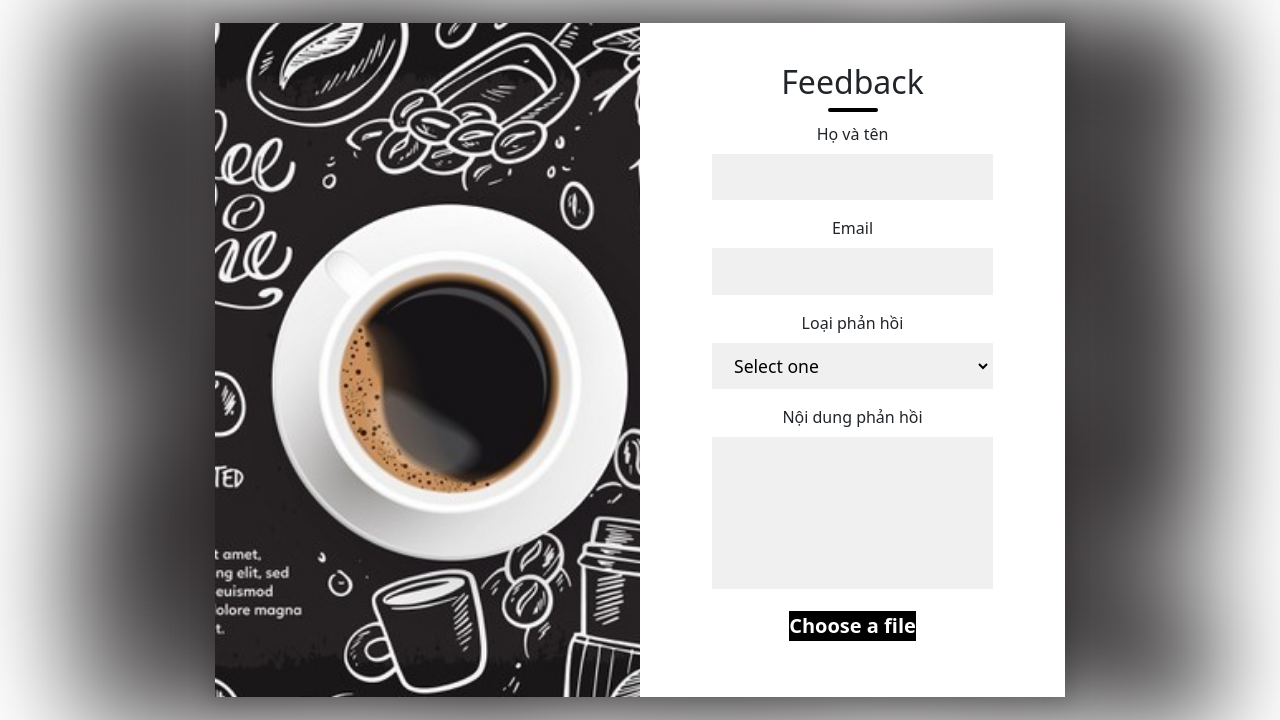
Repository: LeDongGyC/html-css
Page: HTML CSS/prototype/index.html
The author's editor kept a copy of each file at every save. The page is drawn from the files as they stood at one save, then again after a run of saves.
The browser window is 1280 px wide. The pictures show the whole page.
The style sheet was rebuilt from its Sass, Less or Tailwind sources for each picture, by a compiler version that may differ from the author's.

Above is the page before, as saved 2023-05-24 10:21:55.

### HTML CSS/prototype/index.html
<!doctype html>
<html lang="en">

<head>
  <title>Title</title>
  <!-- Required meta tags -->
  <meta charset="utf-8">
  <meta name="viewport" content="width=device-width, initial-scale=1, shrink-to-fit=no">
  <link rel="stylesheet" href="style.css">
  <link rel="stylesheet" href="reset.css">
  <!-- <script src="index.js"></script> Bootstrap CSS v5.2.1 -->
  <script>
    var inputs = document.querySelectorAll('.inputfile');
    Array.prototype.forEach.call(inputs, function (input) {
      var label = input.nextElementSibling,
        labelVal = label.innerHTML;
      input.addEventListener('change', function (e) {
        var fileName = '';
        if (this.files && this.files.length > 1)
          fileName = (this.getAttribute('data-multiple-caption') || '').replace('{count}', this.files.length);
        else
          fileName = e.target.value.split('\\').pop();

        if (fileName)
          label.querySelector('span').innerHTML = fileName;
        else
          label.innerHTML = labelVal;
      });
    });
  </script>
  <link href="https://cdn.jsdelivr.net/npm/bootstrap@5.2.1/dist/css/bootstrap.min.css" rel="stylesheet"
    integrity="sha384-iYQeCzEYFbKjA/T2uDLTpkwGzCiq6soy8tYaI1GyVh/UjpbCx/TYkiZhlZB6+fzT" crossorigin="anonymous">

</head>

<body>
  <div class="container">
    <div class="feedback-box">
      <div class="feedback-box_left"></div>
      <div class="feedback-box_right">
        <h2 class="feedback-box_right-title">Feedback</h2>
        <div class="mb-3">
          <label for="name" class="form-label">Họ và tên</label>
          <input type="text" class=" feedback-box_right-item" name="" id="name" aria-describedby="helpId"
            placeholder="">
        </div>
        <div class="mb-3">
          <label for="email" class="form-label">Email</label>
          <input type="text" class=" feedback-box_right-item" name="" id="email" aria-describedby="helpId"
            placeholder="">
        </div>
        <div class="mb-3">
          <label for="" class="form-label">Loại phản hồi</label>
          <select class="feedback-box_right-item " name="" id="">
            <option selected>Select one</option>
            <option value="" class="feedback-box_right-item-selected">Option 1</option>
            <option value="" class="feedback-box_right-item-selected">Option 2</option>
            <option value="" class="feedback-box_right-item-selected">Option 3</option>
          </select>
        </div>
        <div class="mb-3">
          <label for="feedback" class="form-label">Nội dung phản hồi</label>
          <textarea type="" class=" feedback-box_right-item" name="" id="feedback" aria-describedby="helpId"
            placeholder="" rows="5"></textarea>
        </div>
        <div class="mb-3">
          <input type="file" name="file" id="file" class="inputfile" data-multiple-caption="{count} files selected"
            multiple />
          <label for="file">Choose a file</label>
        </div>
      </div>
    </div>
  </div>
  <!-- Bootstrap JavaScript Libraries -->
  <!-- <script src="https://cdn.jsdelivr.net/npm/@popperjs/core@2.11.6/dist/umd/popper.min.js"
    integrity="sha384-oBqDVmMz9ATKxIep9tiCxS/Z9fNfEXiDAYTujMAeBAsjFuCZSmKbSSUnQlmh/jp3" crossorigin="anonymous">
    </script>

  <script src="https://cdn.jsdelivr.net/npm/bootstrap@5.2.1/dist/js/bootstrap.min.js"
    integrity="sha384-7VPbUDkoPSGFnVtYi0QogXtr74QeVeeIs99Qfg5YCF+TidwNdjvaKZX19NZ/e6oz" crossorigin="anonymous">
    </script> -->
</body>

</html>

### HTML CSS/prototype/style.scss
* {
  box-sizing: border-box;
}
html {
  font-size: 62.5%;
}
body {
  font-size: 1.6rem;
  font-family: "Arial", sans-serif;
  font-weight: normal;
  height: 100vh;
  width: 100%;
}
.container {
  position: relative;
  width: 100%;
  height: 100%;
  display: flex;
  justify-content: center;
  align-items: center;
  padding: 2rem 10rem;
  &::after {
    content: "";
    position: absolute;
    width: 100%;
    height: 100%;
    left: 0;
    top: 0;
    background: url("cafe.jpg") no-repeat center;
    background-size: cover;
    filter: blur(50px);
    z-index: -1;
  }
}
.feedback-box {
  max-width: 850px;
  display: grid;
  grid-template-columns: repeat(2, 1fr);
  justify-content: center;
  align-items: center;
  text-align: center;
  background-color: #fff;
  box-shadow: 0px 0px 19px 5px rgba(0, 0, 0, 0.19);
  &_left {
    background: url("cafe.jpg") no-repeat center;
    display: block;
    background-size: cover;
    // object-fit: cover;
    height: 100%;
  }
  &_right {
    padding: 2.5rem 4.5rem;
    &-title {
      position: relative;
      padding: 0 0 10px;
      margin-bottom: 10px;
      &::after {
        content: "";
        position: absolute;
        left: 50%;
        bottom: 0;
        transform: translateX(-50%);
        height: 4px;
        width: 50px;
        border-radius: 2px;
        background-color: black;
      }
    }
    &-item {
      width: 100%;
      border: 2px solid rgba(0, 0, 0, 0);
      outline: none;
      background-color: rgba(230, 230, 230, 0.6);
      padding: 0.5rem 1rem;
      font-size: 1.1rem;
      //   margin-bottom: 22px;
      transition: 0.3s;
      &:hover {
        background-color: rgba(0, 0, 0, 0.1);
      }
      &:focus {
        border: 2px solid rgba(30, 85, 250, 0.47);
        background-color: #fff;
      }
      &:last-child {
        resize: none;
      }
    }
  }
}
.inputfile {
	width: 0.1px;
	height: 0.1px;
	opacity: 0;
	overflow: hidden;
	position: absolute;
	z-index: -1;
}
.inputfile + label {
    font-size: 1.25em;
    font-weight: 700;
    color: white;
    background-color: black;
    display: inline-block;
    cursor: pointer;
}

.inputfile:focus + label,
.inputfile + label:hover {
    background-color: red;
}

Loaded but not shown: HTML CSS/prototype/reset.css (common file)

After the next 2 saves:
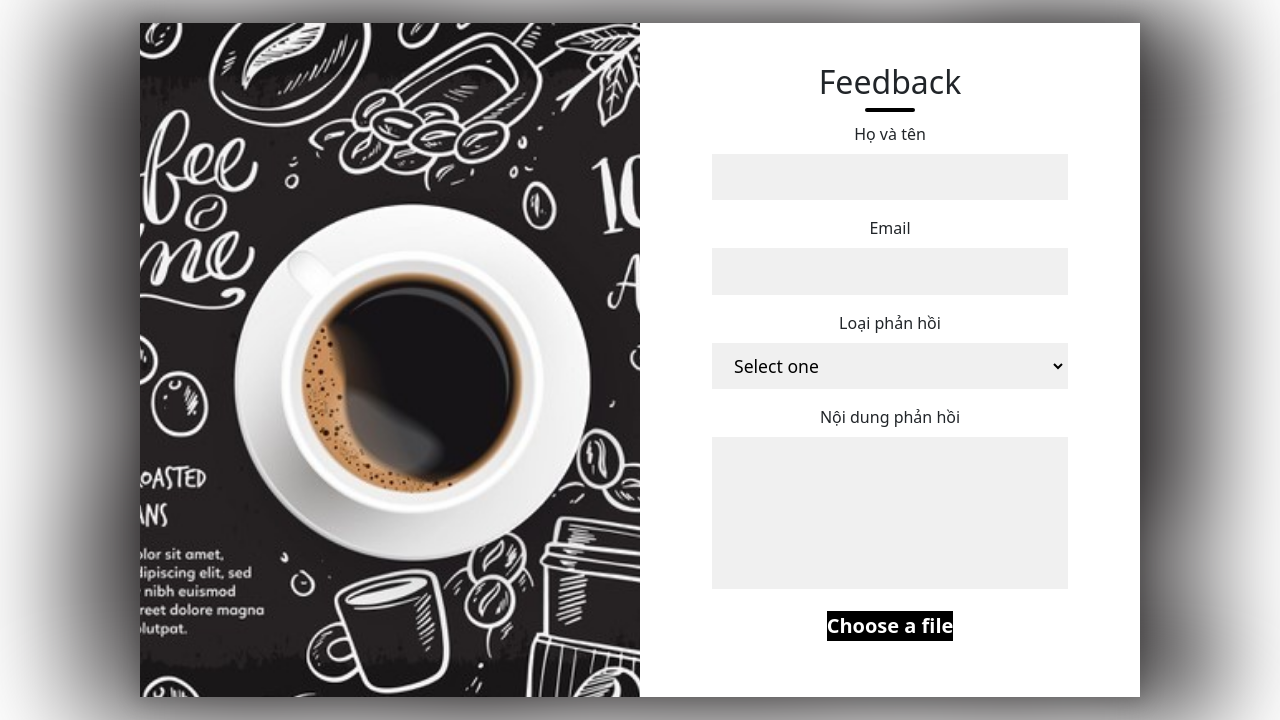
The 2 saves are shown as one change because they came seconds apart.
The last was saved 18 s later.
--- a/HTML CSS/prototype/style.scss
+++ b/HTML CSS/prototype/style.scss
@@ -33,7 +33,7 @@ body {
   }
 }
 .feedback-box {
-  max-width: 850px;
+  max-width: 1000px;
   display: grid;
   grid-template-columns: repeat(2, 1fr);
   justify-content: center;
